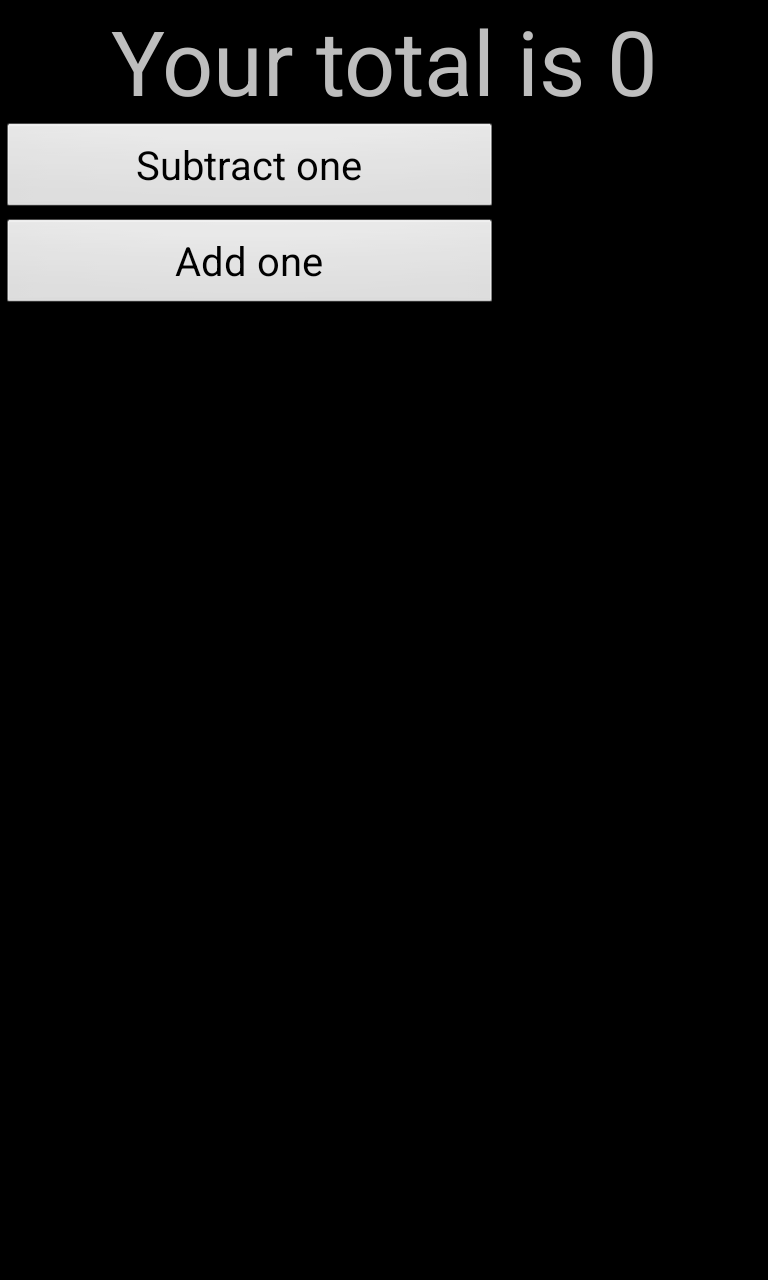
Repository: mattytemple/LearningAndroid
Layout: The New Boston/res/layout/main.xml
An editor plug-in stored every save of this project. The layout is shown before and after the next save, followed by the edit.
It is drawn on a 768 x 1280 px phone screen (xhdpi) without system bars, with theme android:Theme; the app's code is not run.

Above is the layout before, as saved 2011-08-22 21:01:38.

### The New Boston/res/layout/main.xml
<?xml version="1.0" encoding="utf-8"?>
<LinearLayout xmlns:android="http://schemas.android.com/apk/res/android"
    android:orientation="vertical"
    android:layout_width="fill_parent"
    android:layout_height="fill_parent"
    >
<TextView
    android:layout_width="fill_parent"
    android:layout_height="wrap_content"
    android:text="Your total is 0"
    android:textSize="45dp"
    android:gravity="center"
    android:id="@+id/tvDisplay"
/>
<Button
	android:layout_width="250dp"
	android:layout_height="wrap_content"
	android:text="Subtract one"
	android:textSize="20dp"
	android:gravity="center"
	android:id="@+id/bSub"
/>
<Button
	android:layout_width="250dp"
	android:layout_height="wrap_content"
	android:text="Add one"
	android:gravity="center"
	android:textSize="20dp"
	android:id="@+id/bAdd"
/>
</LinearLayout>

After the next save:
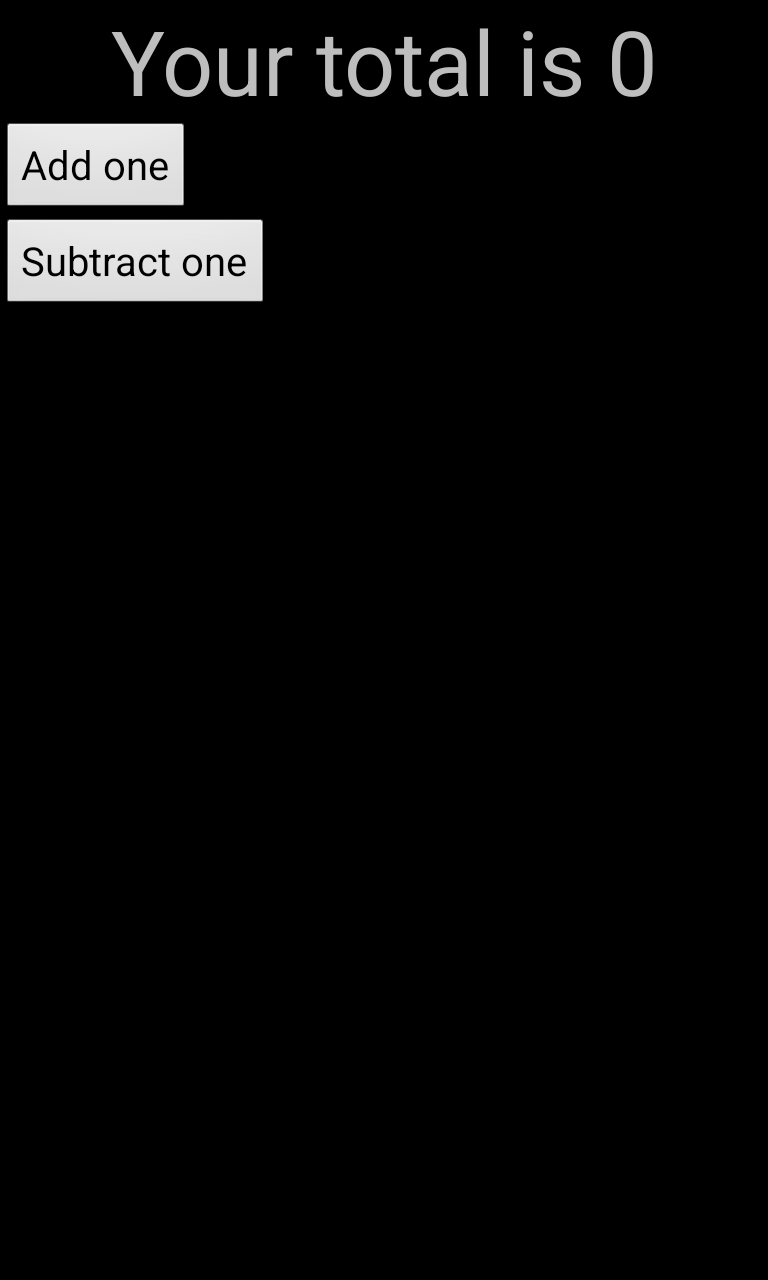
Saved 69 s later.
--- a/The New Boston/res/layout/main.xml
+++ b/The New Boston/res/layout/main.xml
@@ -13,19 +13,19 @@
     android:id="@+id/tvDisplay"
 />
 <Button
-	android:layout_width="250dp"
+	android:layout_width="wrap_content"
+	android:layout_height="wrap_content"
+	android:text="Add one"
+	android:gravity="center"
+	android:textSize="20dp"
+	android:id="@+id/bAdd"
+/>
+<Button
+	android:layout_width="wrap_content"
 	android:layout_height="wrap_content"
 	android:text="Subtract one"
 	android:textSize="20dp"
 	android:gravity="center"
 	android:id="@+id/bSub"
 />
-<Button
-	android:layout_width="250dp"
-	android:layout_height="wrap_content"
-	android:text="Add one"
-	android:gravity="center"
-	android:textSize="20dp"
-	android:id="@+id/bAdd"
-/>
 </LinearLayout>
